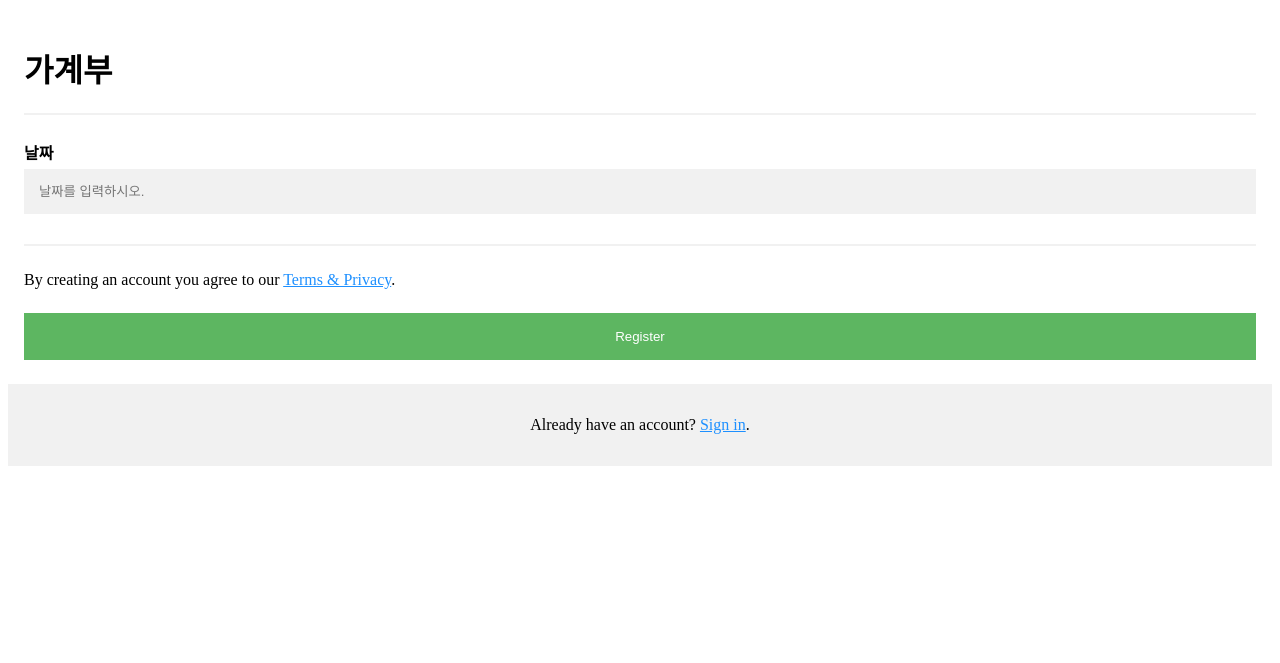
Repository: yonghwankim-dev/FinancialLedgerService
Page: http://localhost/FinancialLedger/
These files come from the project's save history. The page is drawn as it stood at one moment and after the next save; the edit follows.
The browser window is 1280 px wide. The pictures show the whole page.
The page is served by Tomcat 9.

Above is the page before, as saved 2021-02-23 03:33:45.

After the next save:
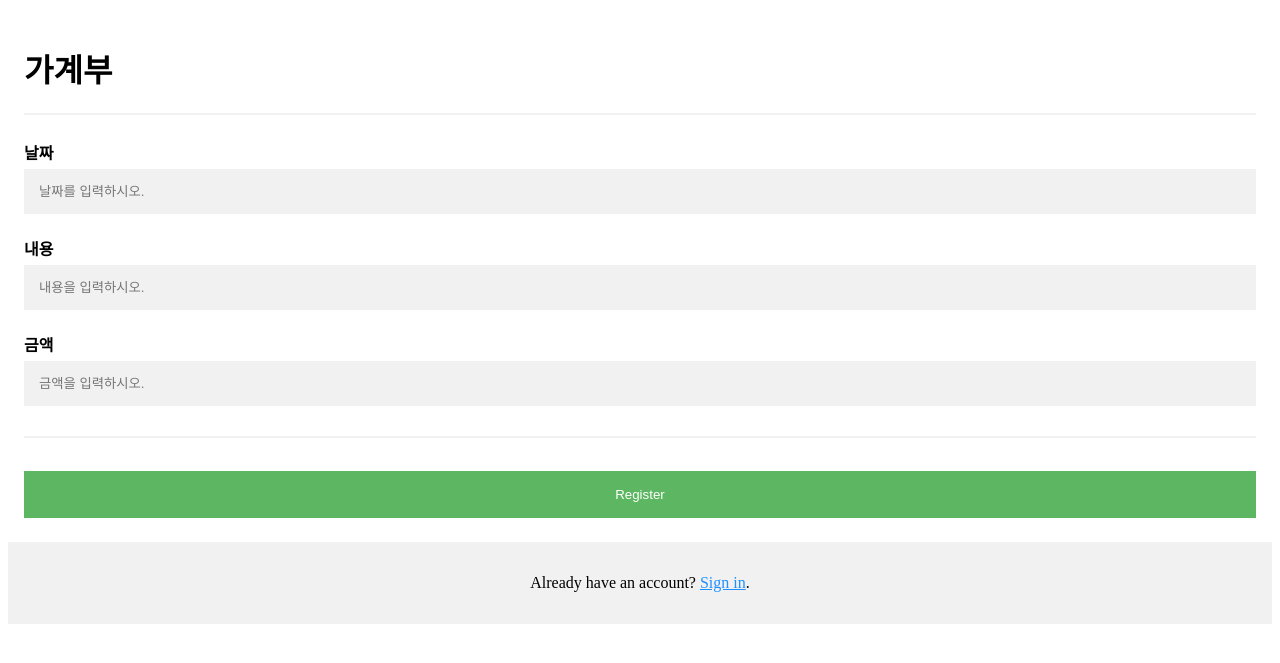
Saved 7 min 28 s later.
--- a/FinancialLedger/WebContent/index.jsp
+++ b/FinancialLedger/WebContent/index.jsp
@@ -15,9 +15,17 @@
 
 	    <label for="regdate"><b>날짜</b></label>
 	    <input type="text" placeholder="날짜를 입력하시오." name="regdate" id="regdate" required>
+
+	    <label for="content"><b>내용</b></label>
+	    <input type="text" placeholder="내용을 입력하시오." name="content" id="content" required>
+
+	    <label for="price"><b>금액</b></label>
+	    <input type="text" placeholder="금액을 입력하시오." name="price" id="price" required>
+
+
 	    <hr>
 
-	    <p>By creating an account you agree to our <a href="#">Terms & Privacy</a>.</p>
+
 	    <button type="submit" class="registerbtn">Register</button>
 	  </div>
 
